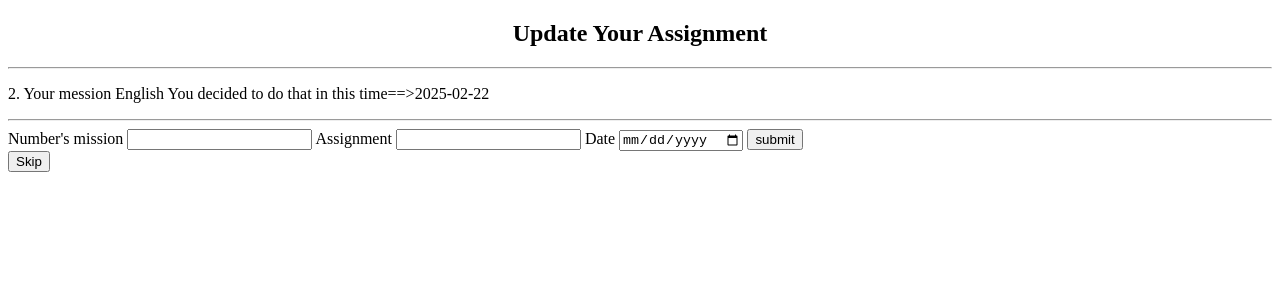
Repository: marawan200311-dev/To-Do-List-
Page: http://localhost/update_page
These files come from the project's save history. The page is drawn as it stood at one moment and after the next save; the edit follows.
The browser window is 1280 px wide. The pictures show the whole page.
The page is served by the project's application, run on Flask 3 (app.py). The page reads the database file committed with the project.

Above is the page before, as saved 2025-11-22 06:40:34.
Console error: TypeError: Cannot read properties of null (reading 'addEventListener')

### templates/update.html
{%extends 'base.html'%}
{%block head%}
<title>update page</title>
{%endblock%}
{%block body%}
<h2 class="logo_of_update">Update Your Assignment</h2>
<hr>
<div>
  {% if data %}
    {% for item in data %}
        <p>{{ item }}</p>
    {% endfor %}
{% else %}
    <p>You haven't added anything yet to updata :)!</p>
{% endif %}
</div>
<hr>
<form action="/update_new_assignment" method="POST">
    <label for="ID">Number's mission</label>
    <input type="number" name="id" value="{{id}}">
    <label for="assignment">Assignment</label>
    <input type="text" name="assignment" value="{{assignment}}" id="assignment">
    <label for="date">Date</label>
    <input type="date" name="date" value="{{date}}">
     <button type="submit">submit</button>
</form>
<button class="Skip_update">Skip</button>
{%endblock%}

### templates/base.html
<!DOCTYPE html>
<html lang="en">
  <head>
    <meta charset="UTF-8">
    <meta name="viewport" content="width=device-width, initial-scale=1.0">
    <link
      rel="stylesheet"
      href="{{url_for('static', filename='css/style.css')}}"
    />

    {%block head %}{%endblock%}
  </head>
  <body>
    {%block body %} {%endblock%}
    <script src="{{url_for('static',filename='js/main.js')}}"></script>
  </body>
</html>

### app.py
from flask import Flask, render_template ,url_for,request,redirect
import sqlite3
import os
db_py=os.path.join(os.path.dirname(__file__),'instance', 'data.db')
from instance.databas import initialise_data, add_data, show_up,delete,update




app= Flask(__name__)
@app.route('/')
def index():
  return render_template('index.html')
#_____________ADD_______________
@app.route('/add_page')
def add_page():
    return render_template('add.html')

@app.route('/add_assignment' ,methods=['POST'])
def assignment ():
   assignment=request.form['assignment']
   date= request.form['date']
   add_data(assignment,date)
   return render_template('add.html')

@app.route('/skip')
def skip ():
   return redirect('/')
#__________________________________

#_____________DELETE______________
@app.route('/delete_page')
def delete_page():
    data=show_up()
    return render_template('delete.html', schedule=data)

@app.route("/delet_form" , methods=['POST'])
def delete_mission():
    id_of_mission=int(request.form['number'])
    delete(id_of_mission)
    data=show_up()
    return render_template('delete.html',schedule=data)

@app.route('/skip_delete')
def skip_delete():
   return redirect('/')

#___________________________________________

#__________UPDATE_____________________
@app.route('/update_page')
def update_index():
    data=show_up()
    return render_template('update.html',data=data)
@app.route('/update_new_assignment' , methods=['POST'])
def update_data():
    id  = int(request.form['id'])
    new_assignment = request.form.get('assignment')
    new_date =  request.form.get('date')
    update(id,new_assignment,new_date)
    data = show_up()
    return render_template('/update.html', data=data)
@app.route('/skip_update')
def skip_button():
    return redirect('/')
#__________________________________________

#________SHOW_________________
@app.route('/show_page')
def show_page():
    data=show_up()
    return render_template('show.html', schedule=data)
@app.route('/skip_show')
def skip_show():
    return redirect('/')


if __name__=="__main__":
      app.run(debug=True)

### instance/databas.py
import sqlite3
import os

def initialise_data():
  connect = sqlite3.connect('data.db')
  cursor= connect.cursor()

  cursor.execute('''
  CREATE TABLE IF NOT EXISTS user_assignment( id INTEGER PRIMARY KEY AUTOINCREMENT,
  assignment TEXT NOT NULL ,
date TEXT )
''')





def add_data(assignment,date):
   connect = sqlite3.connect('data.db')
   cursor= connect.cursor()
   cursor.execute('INSERT INTO user_assignment (assignment,date) VALUES(?,?)', (assignment,date))
   connect.commit()
   connect.close()

def show_up():
  connect = sqlite3.connect('data.db')
  cursor= connect.cursor()

  cursor.execute('SELECT * FROM user_assignment')
  all_date = cursor.fetchall()

  schedule=[]
  for data in all_date:
    schedule.append(f'{data[0]}. Your mession {data[1]} You decided to do that in this time==>{data[2]}')
  if len(schedule)==0 :
    print('The user does not add anything :)')
  return schedule


def delete (assignmentNumber):
  connect = sqlite3.connect('data.db')
  cursor= connect.cursor()

  cursor.execute('SELECT * FROM user_assignment WHERE id=?', (assignmentNumber,))
  row= cursor.fetchone()
  if row is None:
   return f"This {row} doesn't valid "
  cursor.execute('DELETE FROM user_assignment WHERE id = ? ', (assignmentNumber,))
  connect.commit()
  connect.close()
  return True

def update(id,assignment,date):
  connect = sqlite3.connect('data.db')
  cursor= connect.cursor()
  cursor.execute('''UPDATE user_assignment SET assignment=?, date=? WHERE id=?''',(assignment, date, id))
  connect.commit()
  connect.close()














initialise_data()

### static/css/style.css
.h1{
  text-align: center;
  border-bottom: 2px solid black;
}

#text_add {
   display: inline;
}
#text_update{
  display: inline;
}

#text_show{
  display: inline;
}
#text_delete{
  display: inline;
}
.Show{
  text-align: center;

}
.Delete_logo{
  text-align: center;
}
.logo_of_update{
  text-align: center;
}

### static/js/main.js
document.addEventListener('DOMContentLoaded', () => {
    const skipButton = document.querySelector('.Skip');
    if(skipButton){
        skipButton.addEventListener('click', () => {
            window.location = '/skip';
        });
    }
});

const skip_showButton=document.querySelector('.Skip_Show');
if(skip_showButton){
    skip_showButton.addEventListener('click',()=>{
        window.location ='/skip_show';
    });
}

const skip_deleteButton=document.querySelector('.Skip_delete')
if(skip_deleteButton){
    skip_deleteButton.addEventListener('click',()=>{
        window.location ='/skip_delete'
    });
}


const addButton = document.querySelector('.Add');


addButton.addEventListener('click', () => {

    window.open('/add_page', '_blank');
});



addButton.addEventListener('click', () => {

    window.open('/add_page', '_blank');
});



const deletButton= document.querySelector('.Delete');

deletButton.addEventListener('click' , () => {
window.open('/delete_page','_blank')
});





const ubdateButton = document.querySelector('.Update')
ubdateButton.addEventListener('click', ()=> {
window.open('/update_page','_blank')

});








const showButton = document.querySelector('.Show')
showButton.addEventListener('click',()=>{
window.open('/show_page','_blank')
});

### data.db (the tables this page reads, as SQL)
CREATE TABLE user_assignment( id INTEGER PRIMARY KEY AUTOINCREMENT,
  assignment TEXT NOT NULL ,
date TEXT );
INSERT INTO "user_assignment" VALUES
(2, 'English', '2025-02-22');

After the next save:
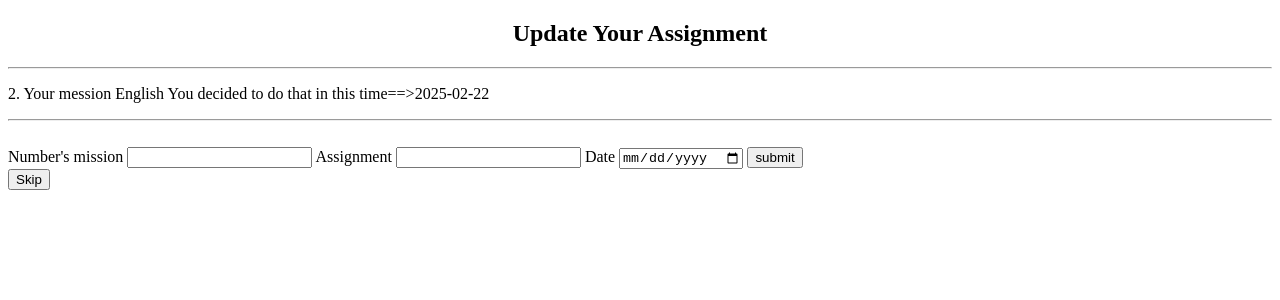
Saved 6 s later.
--- a/templates/update.html
+++ b/templates/update.html
@@ -14,7 +14,7 @@
     <p>You haven't added anything yet to updata :)!</p>
 {% endif %}
 </div>
-<hr>
+<hr><br>
 <form action="/update_new_assignment" method="POST">
     <label for="ID">Number's mission</label>
     <input type="number" name="id" value="{{id}}">
